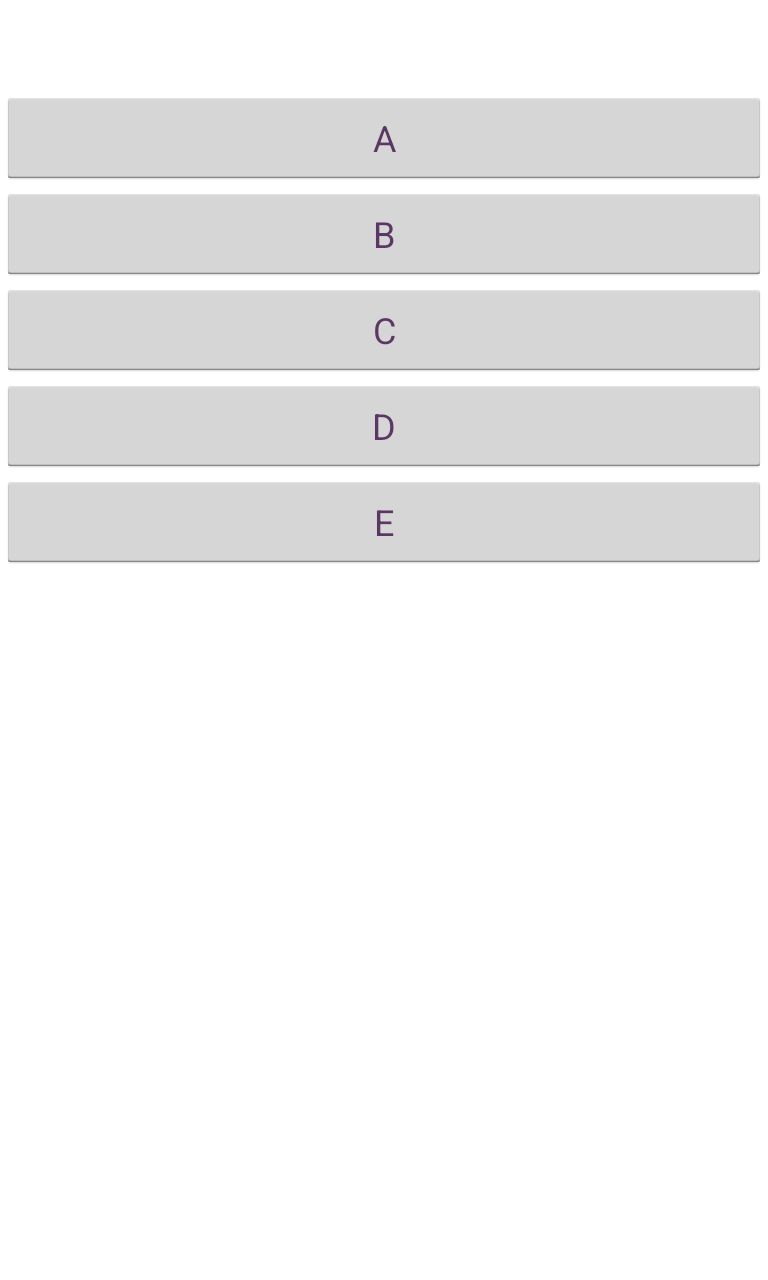
Repository: kurisutianmoscosa-zz/ojt
Layout: ANDROID DEVELOPMENT FILES - EASYABC/AndroidDev/EasyABC/res/layout/activity_second.xml
The author's editor kept a copy of each file at every save. The layout is drawn from the files as they stood at one save, then again after the next save.
It is drawn on a 768 x 1280 px phone screen (xhdpi) without system bars, with theme AppTheme; the app's code is not run.

Above is the layout before, as saved 2013-05-01 16:51:03.

### ANDROID DEVELOPMENT FILES - EASYABC/AndroidDev/EasyABC/res/layout/activity_second.xml
<?xml version="1.0" encoding="utf-8"?>
<LinearLayout xmlns:android="http://schemas.android.com/apk/res/android"
    android:layout_width="match_parent"
    android:layout_height="match_parent"
    android:orientation="vertical" >

    <Button
        android:id="@+id/alpha1"
        android:layout_width="fill_parent"
        android:layout_height="wrap_content"
        android:layout_marginTop="45dp"
        android:onClick="a1"
        android:text="@string/alpha1"
        android:textColor="#5a3764" />

    <Button
        android:id="@+id/alpha2"
        android:layout_width="fill_parent"
        android:layout_height="wrap_content"
        android:textColor="#5a3764"
        android:text="@string/alpha2"
        android:onClick="a2" />

    <Button
        android:id="@+id/alpha3"
        android:layout_width="fill_parent"
        android:layout_height="wrap_content"
        android:textColor="#5a3764"
        android:text="@string/alpha3" />

    <Button
        android:id="@+id/alpha4"
        android:layout_width="fill_parent"
        android:layout_height="wrap_content"
        android:textColor="#5a3764"
        android:text="@string/alpha4" />

    <Button
        android:id="@+id/alpha5"
        android:layout_width="fill_parent"
        android:layout_height="wrap_content"
        android:textColor="#5a3764"
        android:text="@string/alpha5" />



</LinearLayout>

### ANDROID DEVELOPMENT FILES - EASYABC/AndroidDev/EasyABC/res/values/strings.xml
<?xml version="1.0" encoding="utf-8"?>
<resources>

    <string name="app_name">EasyABC</string>
    <string name="action_settings">Settings</string>
    <string name="hello_world">Hello world!</string>
    <string name="title_activity_second">SecondActivity</string>
    <string name="textView1">Welcome to EasyABC</string>
    <string name="button1">Learn Alphabet</string>
    <string name="button2">Deal with Numbers</string>
    <string name="button3">Shapes anywhere</string>



    <string name="alpha1">A</string>
    <string name="alpha2">B</string>
    <string name="alpha3">C</string>
    <string name="alpha4">D</string>
    <string name="alpha5">E</string>
    <string name="title_activity_third">ThirdActivity</string>


    <string name="textView2">Let`s count from 1 to 10</string>




</resources>

Loaded but not shown: ANDROID DEVELOPMENT FILES - EASYABC/AndroidDev/EasyABC/res/values/styles.xml (common file); ANDROID DEVELOPMENT FILES - EASYABC/AndroidDev/EasyABC/res/values-v11/styles.xml (common file); ANDROID DEVELOPMENT FILES - EASYABC/AndroidDev/EasyABC/res/values-v14/styles.xml (common file)

After the next save:
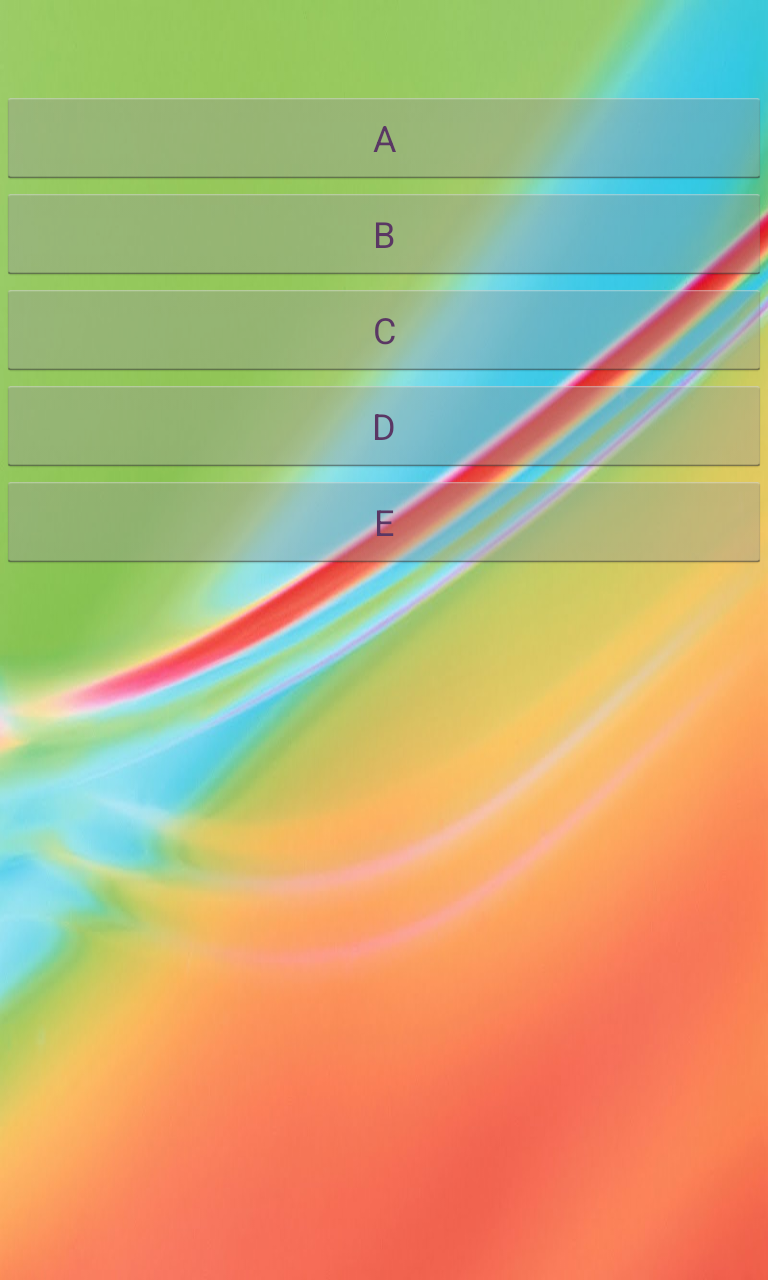
Saved 25 s later.
--- a/ANDROID DEVELOPMENT FILES - EASYABC/AndroidDev/EasyABC/res/layout/activity_second.xml
+++ b/ANDROID DEVELOPMENT FILES - EASYABC/AndroidDev/EasyABC/res/layout/activity_second.xml
@@ -2,7 +2,8 @@
 <LinearLayout xmlns:android="http://schemas.android.com/apk/res/android"
     android:layout_width="match_parent"
     android:layout_height="match_parent"
-    android:orientation="vertical" >
+    android:orientation="vertical"
+    android:background="@drawable/second" >
 
     <Button
         android:id="@+id/alpha1"
